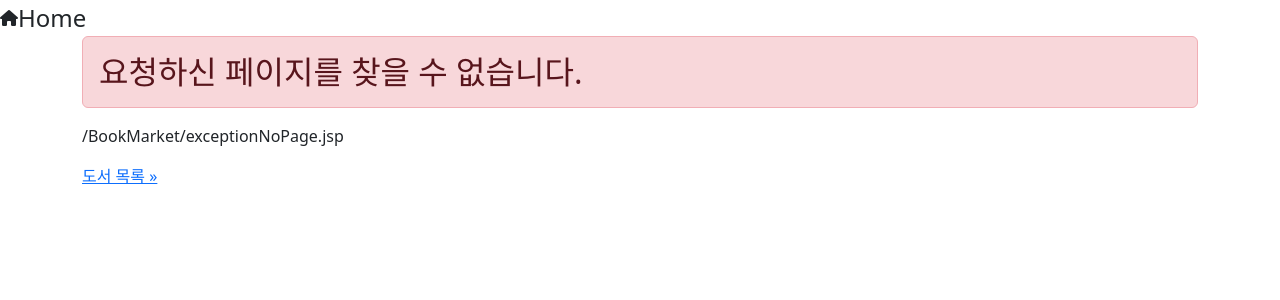
Repository: byeolchorong/ITedunet
Page: http://localhost/BookMarket/exceptionNoPage.jsp
These files come from the project's save history. The page is drawn as it stood at one moment and after the next save; the edit follows.
The browser window is 1280 px wide. The pictures show the whole page.
Some web libraries are served in a nearby version. The page is served by Tomcat 9. Other server files are loaded and not shown.

Above is the page before, as saved 2025-05-29 07:53:42.

### JSP/BookMarket/src/main/webapp/exceptionNoPage.jsp
<%@ page language="java" contentType="text/html; charset=UTF-8"
    pageEncoding="UTF-8"%>
<!DOCTYPE html>
<html>
<head>
<script src="https://kit.fontawesome.com/705381df09.js" crossorigin="anonymous"></script>
<link href="https://cdn.jsdelivr.net/npm/bootstrap@5.3.6/dist/css/bootstrap.min.css" rel="stylesheet">
<link href="./resources/css/bootstrap.min.css"/>
<meta charset="UTF-8">
<title>Insert title here</title>
</head>
<body>
<jsp:include page="menu.jsp"/>
<div class="jumbotron">
	<div class="container">
		<h2 class="alert alert-danger">요청하신 페이지를 찾을 수 없습니다. </h2>
	</div>
</div>

<div class="container">
	<p> <%= request.getRequestURI() %>
	<p> <a href="books.jsp" claas="btn btn-secondary">도서 목록 &raquo;</a>
</div>
</body>
</html>

### JSP/BookMarket/src/main/webapp/menu.jsp
<%@ page language="java" contentType="text/html; charset=UTF-8"
    pageEncoding="UTF-8"%>
<link href="https://cdn.jsdelivr.net/npm/bootstrap@5.3.6/dist/css/bootstrap.min.css" rel="stylesheet">
<script src="https://kit.fontawesome.com/705381df09.js" crossorigin="anonymous"></script>

	<header>
		<a href="./welcome.jsp" class="d-flex align-items-center text-dark text-decoration-none">
			<i class="fa-solid fa-house"></i>
			<span class="fs-4">Home</span>
		</a>
	</header>

After the next save:
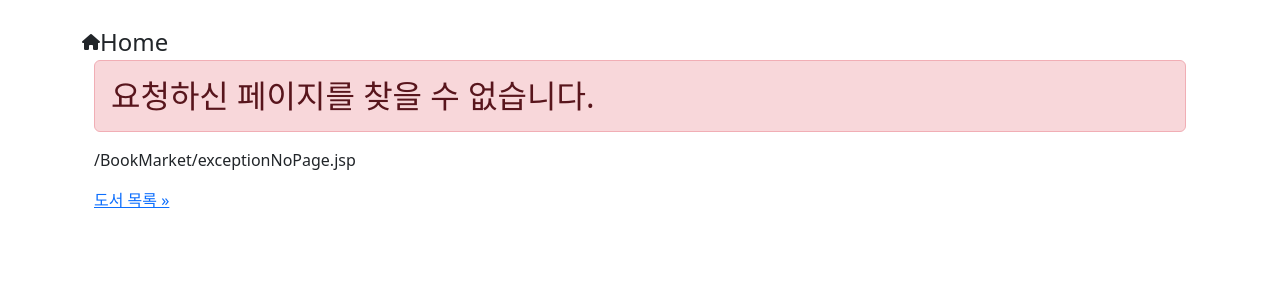
Saved 44 s later.
--- a/JSP/BookMarket/src/main/webapp/exceptionNoPage.jsp
+++ b/JSP/BookMarket/src/main/webapp/exceptionNoPage.jsp
@@ -10,16 +10,18 @@
 <title>Insert title here</title>
 </head>
 <body>
-<jsp:include page="menu.jsp"/>
-<div class="jumbotron">
+<div class="container py-4">
+	<jsp:include page="menu.jsp"/>
+	<div class="jumbotron">
+		<div class="container">
+			<h2 class="alert alert-danger">요청하신 페이지를 찾을 수 없습니다. </h2>
+		</div>
+	</div>
+
 	<div class="container">
-		<h2 class="alert alert-danger">요청하신 페이지를 찾을 수 없습니다. </h2>
+		<p> <%= request.getRequestURI() %>
+		<p> <a href="books.jsp" claas="btn btn-secondary">도서 목록 &raquo;</a>
 	</div>
-</div>
-
-<div class="container">
-	<p> <%= request.getRequestURI() %>
-	<p> <a href="books.jsp" claas="btn btn-secondary">도서 목록 &raquo;</a>
 </div>
 </body>
 </html>
